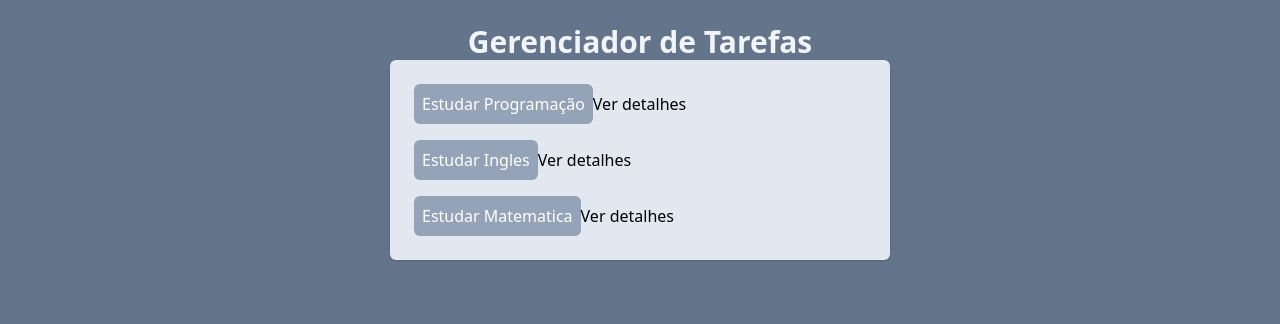
Repository: Rubenslourenco/task-manager-react
Page: /
These files come from the project's save history. The page is drawn as it stood at one moment and after the next save; the edit follows.
The browser window is 1280 px wide. The pictures show the whole page.
The project was rebuilt for these pictures with package versions that can differ from the ones it lists, and the page was loaded fresh each time. Also part of the build but not shown: vite.config.js.

Above is the page before, as saved 2025-02-04 17:08:44.

After the next save:
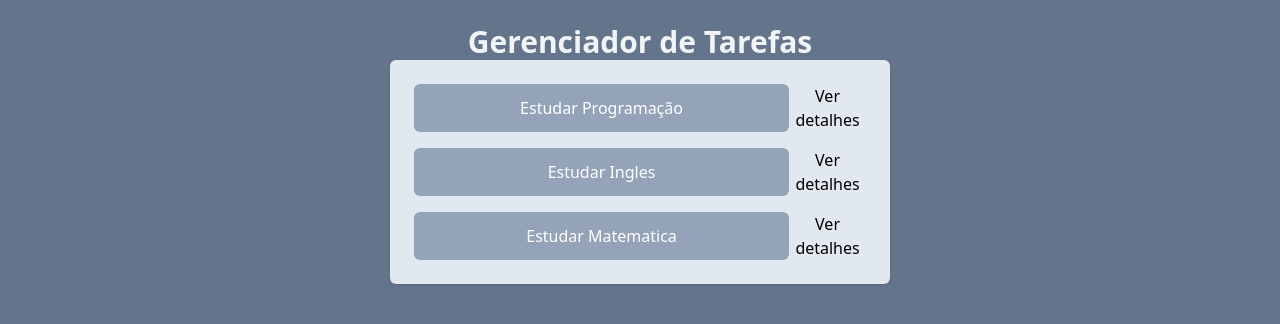
Saved 7 min 55 s later.
--- a/src/components/tasks.jsx
+++ b/src/components/tasks.jsx
@@ -3,7 +3,7 @@ function Tasks(props) {
     <ul className="space-y-4 p-6 bg-slate-200 rounded-md shadow">
       {props.tasks.map((task) => (
         <li key={task.id} className="flex">
-          <button className="bg-slate-400 text-white p-2 rounded-md">
+          <button className="bg-slate-400 w-full text-white p-2 rounded-md">
             {task.title}
           </button>
           <button className="">Ver detalhes</button>
